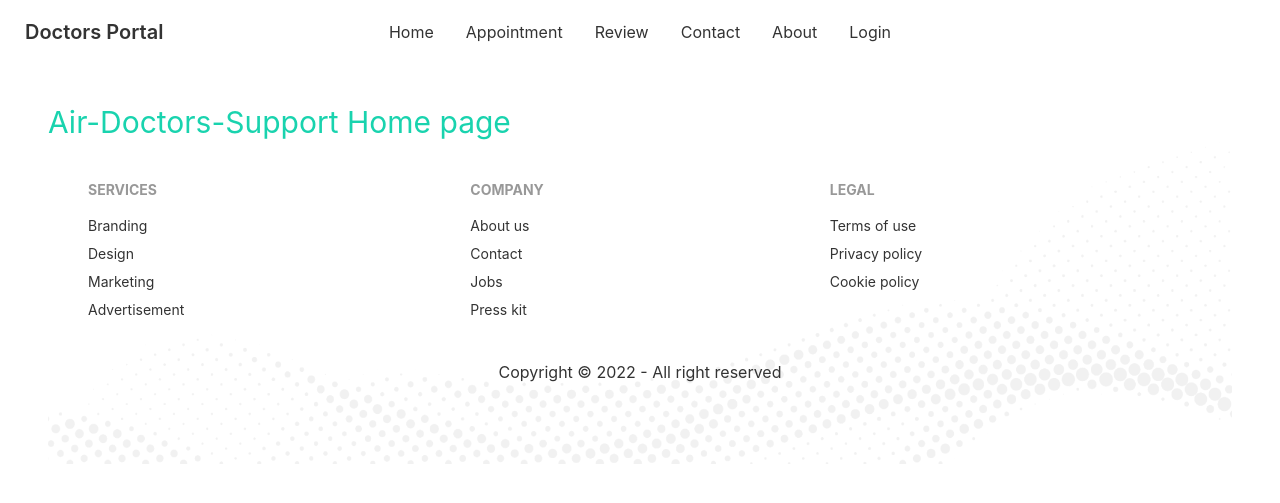
Repository: Devloper-solaiman/Air-Doctors-Support
Page: /
The author's editor kept a copy of each file at every save. The page is drawn from the files as they stood at one save, then again after the next save.
The browser window is 1280 px wide. The pictures show the whole page.
The project was rebuilt for these pictures with package versions that can differ from the ones it lists, and the page was loaded fresh each time. Also part of the build but not shown: src/App.css.

Above is the page before, as saved 2023-02-19 12:50:26.

After the next save:
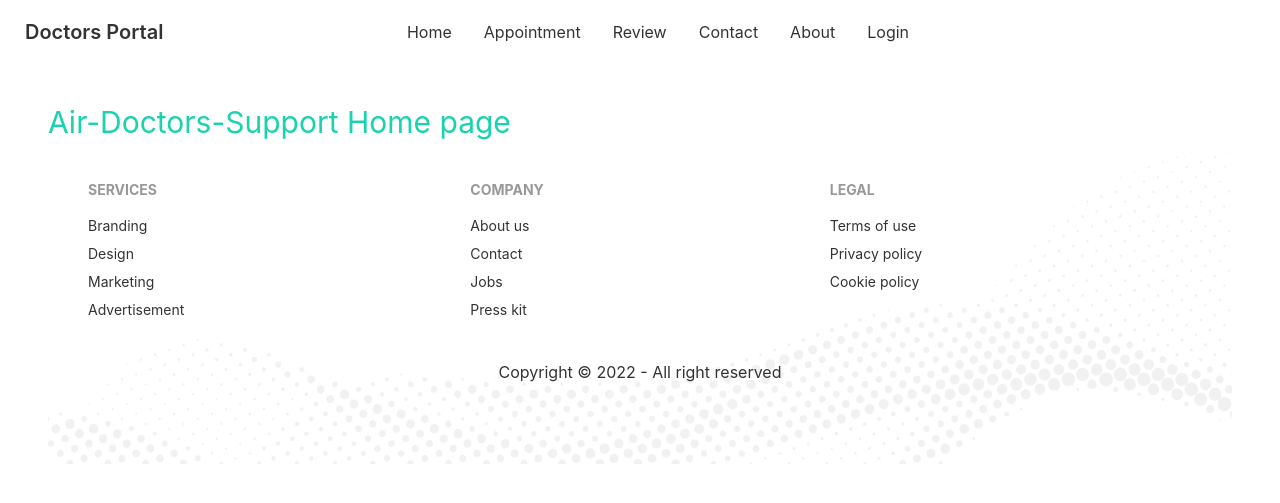
Saved 56 s later.
--- a/src/Pages/Shared/Navbar.js
+++ b/src/Pages/Shared/Navbar.js
@@ -35,7 +35,7 @@
                 </div>
                 <p className="btn btn-ghost normal-case text-xl">Doctors Portal</p>
             </div>
-            <div className="navbar-start hidden lg:flex">
+            <div className="navbar-center ml-9 hidden lg:flex">
                 <ul className="menu menu-horizontal p-0">
                     {menuItems}
                 </ul>

After the save that followed:
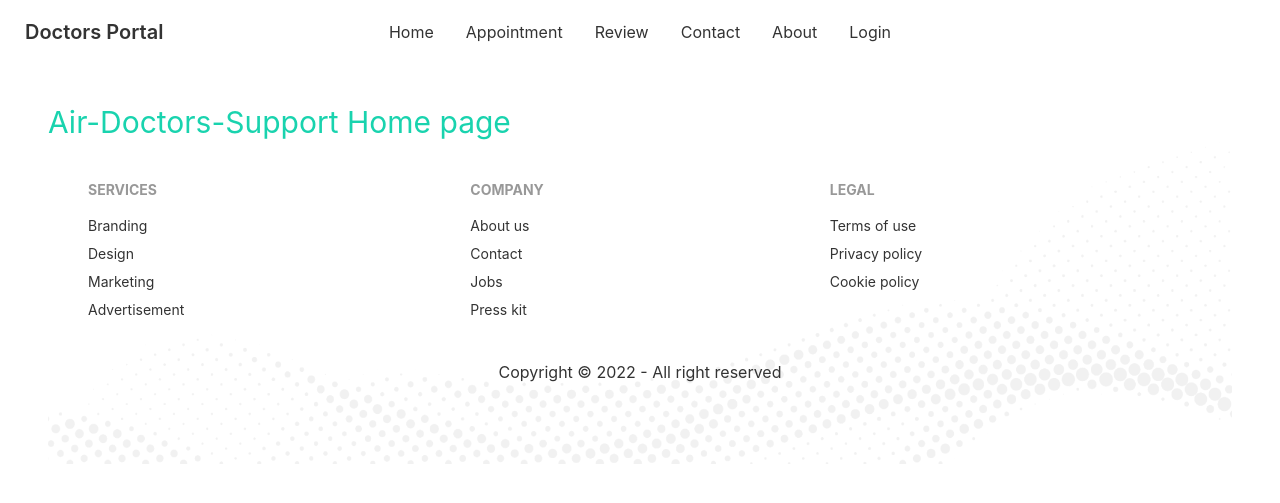
Saved 9 s later.
--- a/src/Pages/Shared/Navbar.js
+++ b/src/Pages/Shared/Navbar.js
@@ -35,7 +35,7 @@
                 </div>
                 <p className="btn btn-ghost normal-case text-xl">Doctors Portal</p>
             </div>
-            <div className="navbar-center ml-9 hidden lg:flex">
+            <div className="navbar-center hidden lg:flex">
                 <ul className="menu menu-horizontal p-0">
                     {menuItems}
                 </ul>
